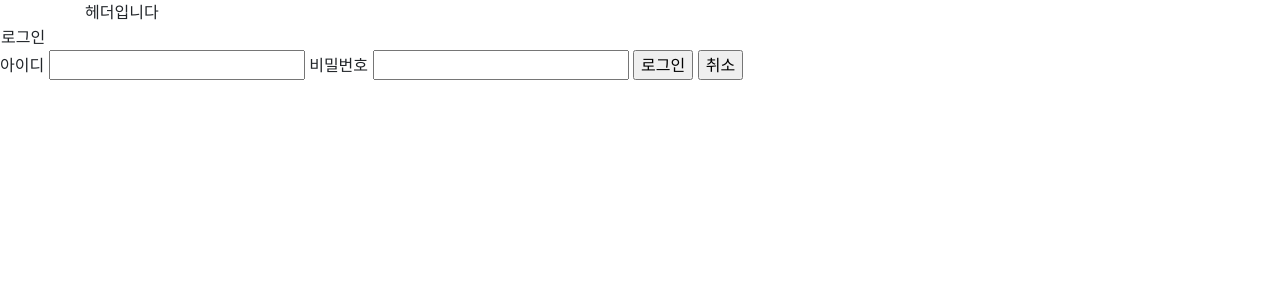
Repository: yjeongyjeong/jsp
Page: http://localhost/Practice_09/login.do
These files come from the project's save history. The page is drawn as it stood at one moment and after the next save; the edit follows.
The browser window is 1280 px wide. The pictures show the whole page.
The page is served by Tomcat 9. Other server files are loaded and not shown.

Above is the page before, as saved 2023-10-17 06:56:24.

### Practice_09/src/main/webapp/member/login.jsp
<%@ page language="java" contentType="text/html; charset=UTF-8"
	pageEncoding="UTF-8"%>
<!DOCTYPE html>
<html>
<head>
<meta charset="UTF-8">
<link rel="stylesheet"
	href="https://cdn.jsdelivr.net/npm/bootstrap@4.6.2/dist/css/bootstrap.min.css">
<script
	src="https://cdn.jsdelivr.net/npm/jquery@3.6.4/dist/jquery.slim.min.js"></script>
<script
	src="https://cdn.jsdelivr.net/npm/popper.js@1.16.1/dist/umd/popper.min.js"></script>
<script
	src="https://cdn.jsdelivr.net/npm/bootstrap@4.6.2/dist/js/bootstrap.bundle.min.js"></script>
<title>Insert title here</title>
</head>
<body>
<%@ include file="unloginHeader.jsp" %>
<form>
	<table>
		<tr>
			<td>로그인</td>
		</tr>


	</table>
		<label for="userid">아이디</label>
		<input type="text" name="id" id="userid">

		<label for="userpwd">비밀번호</label>
		<input type="password" name="pwd" id="userpwd">

		<input type="submit" value="로그인">
		<input type="reset" value="취소">

</form>
</body>
</html>

### Practice_09/src/main/webapp/member/unloginHeader.jsp
<%@ page language="java" contentType="text/html; charset=UTF-8"
    pageEncoding="UTF-8"%>

<div class="container">
  <table >
      <tr>
		헤더입니다
      </tr>
  </table>
</div>

### Practice_09/src/main/java/com/magic/Controller/Login.java
package com.magic.Controller;

import java.io.IOException;

import javax.servlet.RequestDispatcher;
import javax.servlet.ServletException;
import javax.servlet.annotation.WebServlet;
import javax.servlet.http.HttpServlet;
import javax.servlet.http.HttpServletRequest;
import javax.servlet.http.HttpServletResponse;


@WebServlet("/login.do")
public class Login extends HttpServlet {
	private static final long serialVersionUID = 1L;
	protected void doGet(HttpServletRequest request, HttpServletResponse response) throws ServletException, IOException {
		RequestDispatcher dis = request.getRequestDispatcher("member/login.jsp");
		dis.forward(request, response);
	}


	protected void doPost(HttpServletRequest request, HttpServletResponse response) throws ServletException, IOException {




	}

}

After the next save:
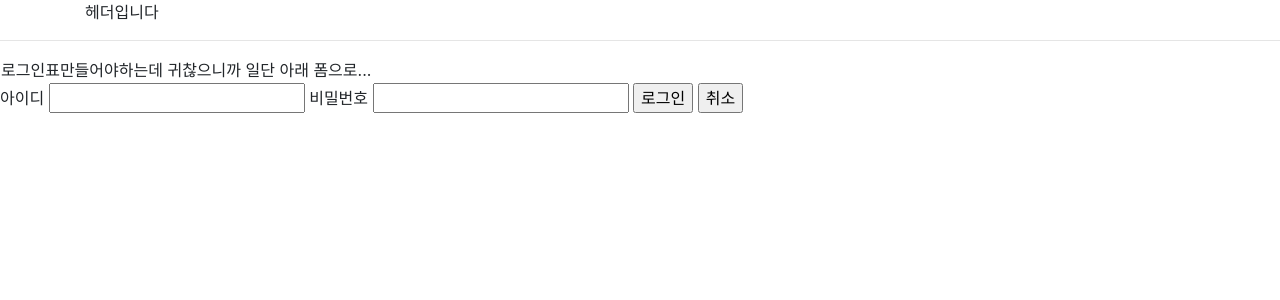
Saved 34 s later.
--- a/Practice_09/src/main/webapp/member/login.jsp
+++ b/Practice_09/src/main/webapp/member/login.jsp
@@ -19,10 +19,10 @@
 <form>
 	<table>
 		<tr>
-			<td>로그인</td>
+			<td>로그인표만들어야하는데 귀찮으니까 일단 아래 폼으로...</td>
 		</tr>
 
-
+<hr>
 	</table>
 		<label for="userid">아이디</label>
 		<input type="text" name="id" id="userid">
